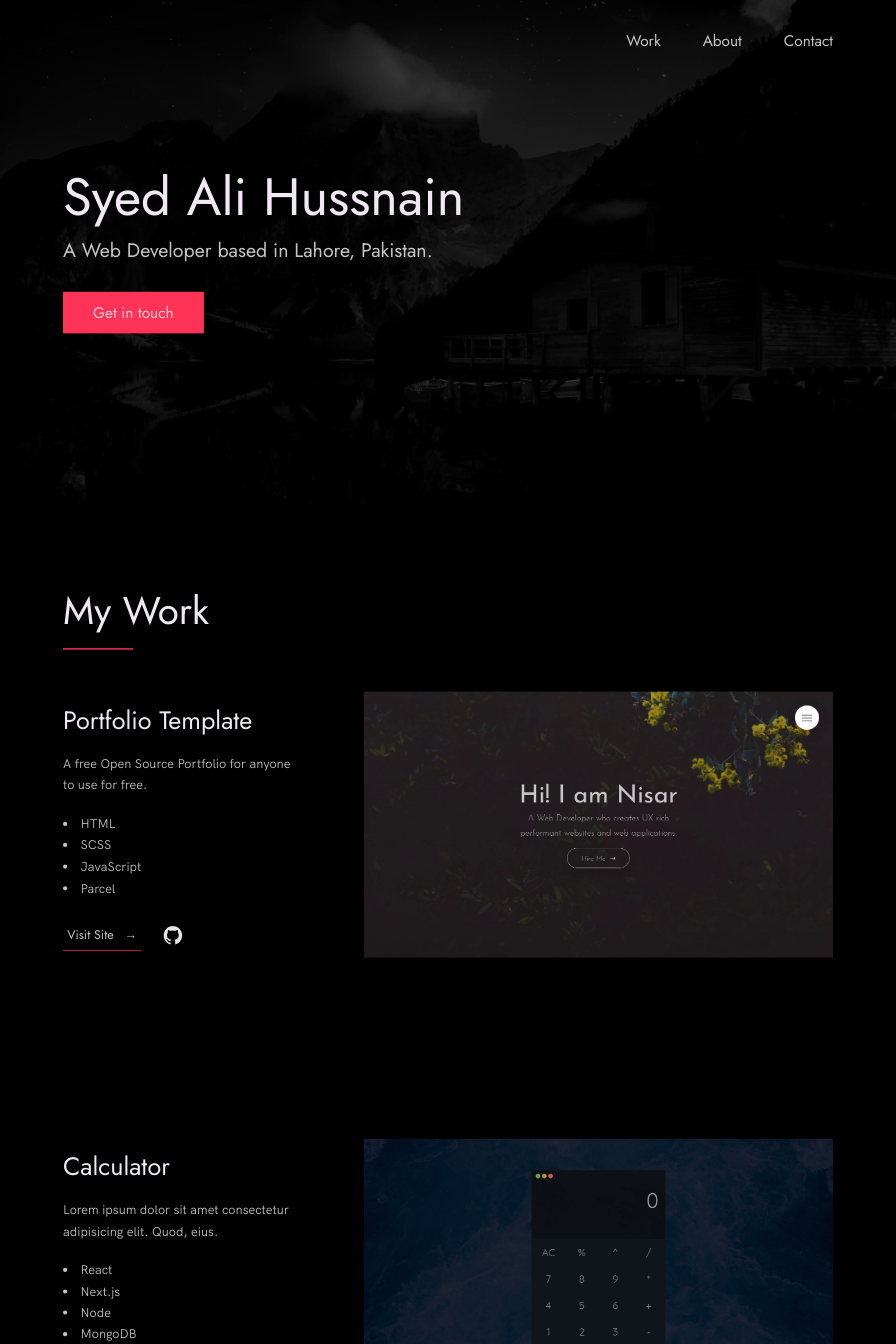
Repository: invadingdingo/portfolio
Page: index.html
The author's editor kept a copy of each file at every save. The page is drawn from the files as they stood at one save, then again after the next save.
The browser window is 1280 px wide. The pictures show the part of the page from y = 0 to 1920 px (the page is 4443 px tall), at 70% of full size.
Backgrounds fixed to the window are drawn as part of the page.

Above is the page before, as saved 2024-10-04 22:45:12.

### index.html
<!--
  Hello 😊.

  This template is designed and developed by Nisar Hassan Naqvi
  for anyone to use for free or customize the way they like.

  Github Repo: https://github.com/nisarhassan12/portfolio-template/
  My Website: https://nisar.dev

  For business & inquires, contact me => syednisarhassan12@gmail.com
-->

<!--
  Follow the instructions written in comments to create your stunning portfolio
-->

<!DOCTYPE html>
<html lang="en">

<head>
  <meta charset="UTF-8" />
  <meta name="viewport" content="width=device-width, initial-scale=1.0" />
  <link rel="shortcut icon" type="image/png" href="./images/favicon.png" />

  <!-- Put your site title here -->
  <title>
    Samuel Everett | Game Developer based in Biloxi, Mississippi.
  </title>

  <meta name="description" content="Add small description of yourslef.">
  <!-- Add some coding keywords below, Ex: (React, CSS etc) -->
  <meta name="keywords" content="Put your name, skills and some coding keywords" />
  <link rel="stylesheet" href="index.css" />
</head>

<body>

  <!-- ***** Header ***** -->

  <header class="header" role="banner" id="top">
    <div class="row">
      <nav class="nav" role="navigation">
        <ul class="nav__items">
          <li class="nav__item"><a href="#work" class="nav__link">Work</a></li>
          <!--<li class="nav__item"><a href="#clients" class="nav__link">Clients</a></li>**/-->
          <li class="nav__item">
            <a href="#about" class="nav__link">About</a>
          </li>
          <li class="nav__item">
            <a href="#contact" class="nav__link">Contact</a>
          </li>
        </ul>
      </nav>
    </div>
    <div class="header__text-box row">
      <div class="header__text">
        <h1 class="heading-primary">
          <!-- Replace the following name with your name -->
          <span>Syed Ali Hussnain</span>
        </h1>
        <!-- Put a small paragraph about yourself -->
        <p>A Web Developer based in Lahore, Pakistan.</p>
        <a href="#contact" class="btn btn--pink">Get in touch</a>
      </div>
    </div>
  </header>

  <main role="main">

    <!-- ***** Work ***** -->

    <section class="work" id="work">
      <div class="row">
        <h2>My Work</h2>
        <div class="work__boxes">

          <!-- Each div with the work__box class is a project. -->

          <div class="work__box">
            <div class="work__text">
              <h3>Portfolio Template</h3>
              <p>
                A free Open Source Portfolio for anyone to use for free.
              </p>
              <ul class="work__list">
                <li>HTML</li>
                <li>SCSS</li>
                <li>JavaScript</li>
                <li>Parcel</li>
              </ul>

              <div class="work__links">
                <a href="https://nisar.surge.sh" target="_blank" class="link__text">
                  Visit Site <span>&rarr;</span>
                </a>
                <a href="https://github.com/nisarhassan12/portfolio" title="View Source Code" target="_blank">
                  <img src="./images/github.svg" class="work__code" alt="GitHub">
                </a>
              </div>
            </div>
            <div class="work__image-box">
              <img src="./images/project-1.png" class="work__image" alt="Project 1" />
            </div>
          </div>

          <div class="work__box">
            <div class="work__text">
              <h3>Calculator</h3>
              <p>
                Lorem ipsum dolor sit amet consectetur adipisicing elit. Quod,
                eius.
              </p>
              <ul class="work__list">
                <li>React</li>
                <li>Next.js</li>
                <li>Node</li>
                <li>MongoDB</li>
              </ul>

              <div class="work__links">
                <a href="#" class="link__text">
                  Visit Site <span>&rarr;</span>
                </a>
                <a href="#">
                  <img src="./images/github.svg" class="work__code" title="View Source Code" alt="GitHub">
                </a>
              </div>
            </div>
            <div class="work__image-box">
              <img src="./images/project-2.png" class="work__image" alt="Project 1" />
            </div>
          </div>

          <div class="work__box">
            <div class="work__text">
              <h3>Notificator</h3>
              <p>
                Lorem ipsum dolor sit amet consectetur adipisicing elit. Quod,
                eius.
              </p>
              <ul class="work__list">
                <li>React</li>
                <li>Next.js</li>
                <li>Node</li>
                <li>MongoDB</li>
              </ul>

              <div class="work__links">
                <a href="#" class="link__text">
                  Visit Site <span>&rarr;</span>
                </a>
                <a href="#">
                  <img src="./images/github.svg" class="work__code" title="View Source Code" alt="GitHub">
                </a>
              </div>
            </div>
            <div class="work__image-box">
              <img src="./images/project-3.png" class="work__image" alt="Project 3" />
            </div>
          </div>
        </div>
      </div>
    </section>

    <!-- ***** Clients ***** -->
    <!--
    <section class="client" id="clients">
      <div class="row">
        <h2>Clients</h2>
        <div class="client__logos"> -->
          <!-- Add logos of the clients or companies you'have worked with. -->
         <!-- <img src="./images/ronjones.png" class="client__logo" alt="Company 2" />
          <img src="./images/goldengrid.png" class="client__logo" alt="Company 3" />
          <img src="./images/bullseye.png" class="client__logo" alt="Company 1" />
          <img src="./images/mighty-furnitures.png" class="client__logo" alt="Company 1" />
          <img src="./images/fastlane.png" class="client__logo" alt="Company 3" />
          <img src="./images/chippy.png" class="client__logo" alt="Company 1" />
        </div>
      </div>
    </section>
  -->
    <!-- ***** About ***** -->

    <section class="about" id="about">
      <div class="row">
        <h2>About Me</h2>
        <div class="about__content">
          <div class="about__text">
            <!-- Replace the below paragraph with info about yourself -->
            <p>
              Lorem ipsum dolor sit amet, consectetur adipisicing elit. Eos id
              nostrum illo harum blanditiis, tenetur eum suscipit cupiditate
              in vel, ex quam quidem quos mollitia labore aut sunt eius
              ratione molestiae fuga veniam facere similique voluptate.
            </p>
            <!-- Provide a link to your resume -->
            <a href="#" class="btn">My Resume</a>
          </div>

          <div class="about__photo-container">
            <!-- Add a nice photo of yourself -->
            <img class="about__photo" src="./images/syed-ali-hussnain.jpg" alt="" />
          </div>
        </div>
      </div>
    </section>
  </main>

  <!-- ***** Contact ***** -->

  <section class="contact" id="contact">
    <div class="row">
      <h2>Get in Touch</h2>
      <div class="contact__info">
        <p>
          Are you looking for a fast-performing and user-friendly website to
          represent your product or business? or looking for any kind of
          consultation? or want to ask questions? or have some advice for me
          or just want to say "Hi 👋" in any case feel free to Let me know. I
          will do my best to respond back. 😊 The quickest way to reach out to
          me is via an email.
        </p>
        <!-- Replace the email with yours -->
        <a href="mailto:you@example.com" class="btn">you@example.com</a>
      </div>
    </div>
  </section>

  <!-- ***** Footer ***** -->

  <footer role="contentinfo" class="footer">
    <div class="row">
      <!-- Update the links to point to your accounts -->
      <ul class="footer__social-links">
        <li class="footer__social-link-item">
          <a href="https://twitter.com/nisarhassan12/" title="Link to Twitter Profile">
            <img src="./images/twitter.svg" class="footer__social-image" alt="Twitter">
          </a>
        </li>
        <li class="footer__social-link-item">
          <a href="https://github.com/nisarhassan12/" title="Link to Github Profile">
            <img src="./images/github.svg" class="footer__social-image" alt="Github">
          </a>
        </li>
        <li class="footer__social-link-item">
          <a href="https://codepen.io/nisar_hassan" title="Link to Codepen Profile">
            <img src="./images/codepen.svg" class="footer__social-image" alt="Codepen">
          </a>
        </li>
        <li class="footer__social-link-item">
          <a href=https://www.linkedin.com/in/nisar-hassan-naqvi-413466199/">
            <img src="./images/linkedin.svg" title="Link to Linkedin Profile" class="footer__social-image" alt="Linkedin">
          </a>
        </li>
      </ul>

      <!-- If you give me some credit by keeping the below paragraph, will be huge for me 😊 Thanks. -->
      <p>
        &copy; 2020 - Template designed & developed by <a href="https://nisar.dev" class="link">Nisar</a>.
      </p>
      <div class="footer__github-buttons">
        <iframe
          src="https://ghbtns.com/github-btn.html?user=nisarhassan12&repo=portfolio-template&type=watch&count=true"
          frameborder="0" scrolling="0" width="170" height="20" title="Watch Portfolio Template on GitHub">
        </iframe>
      </div>
    </div>
  </footer>

  <a href="#top" class="back-to-top" title="Back to Top">
    <img src="./images/arrow-up.svg" alt="Back to Top" class="back-to-top__image"/>
  </a>
  <script src="./index.js"></script>
</body>

</html>

### index.css
/* --------------------------------------- */
/* ----- Basic Setup ----- */
/* --------------------------------------- */

@font-face {
    font-family: 'Hk Grotesk';
    font-style: normal;
    font-weight: 400;
    src: url('./fonts/HKGrotesk-Regular.woff') format('woff');
}

@font-face {
    font-family: 'Jost';
    font-style: normal;
    font-weight: 400;
    src: url('./fonts/Jost-Regular.ttf') format('woff');
}

* {
    margin: 0;
    padding: 0;
    box-sizing: inherit;
}

:root {
    --font-size-small: 1.8rem;
    --font-size-normal: 2.2rem;
    --font-size-medium: 2.8rem;
    --font-size-medium-1: 3.6rem;
    --font-size-large: 5.5rem;
    --font-size-huge: 7.5rem;
    --font-stack: 'Hk Grotesk', sans-serif;

    --line-height-normal: 1.7;
    --line-height-small: 1.2;

    --black: #000;
    --pink: #ff3258;
    --white: #f0e9f2;
    --white-1: #e5e5e6da;


    --container-max-width: 1180px;
    --container-normal-width: 800px;
    --container-medium-width: 700px;
    --container-small-width: 500px;

    --gutter-huge: 12rem;
    --gutter-medium: 6rem;
    --gutter-normal: 3rem;
    --gutter-small-1: 2.5rem;
    --gutter-small: 2rem;

    --border-light: 1px solid rgb(36, 35, 35);
}

html {
    font-size: 62.5%; /* (16/10)*100 = 62.5% => 1rem = 10px */
    box-sizing: border-box;
    scroll-behavior: smooth;
}

@media(max-width: 1000px) {
    html {
        font-size: 52%;
    }
}

body {
    font-size: var(--font-size-small);
    font-family: var(--font-stack);
    font-weight: 400;
    color: var(--white-1);
    line-height: var(--line-height-normal);
    background: var(--black);
    overflow-x: hidden;
}

.row {
    max-width: var(--container-max-width);
    margin: 0 auto;
}

@media(max-width: 1340px) {
    .row {
        max-width: 1100px;
    }
}

@media(max-width: 1240px) {
    .row {
        padding: 0 var(--gutter-medium);
    }
}

@media(max-width: 600px) {
    .row {
        padding: 0 var(--gutter-normal);
    }
}

@media(max-width: 600px) {
    .row {
        padding: 0 var(--gutter-small);
    }
}

section {
    padding: var(--gutter-huge) 0;
    border-bottom: var(--border-light);
}

img {
    object-fit: contain;
    max-width: 100%;
}

/* --------------------------------------- */
/* ----- Headlines and Paragraphs ----- */
/* --------------------------------------- */

h1,
h2,
h3 {
    font-family: 'Jost', sans-serif;
    font-weight: 400;
    line-height: var(--line-height-small);
    color: var(--white);
}

.heading-primary {
    line-height: 1;
    font-size: var(--font-size-huge);
    font-weight: 400;
}

@media(max-width: 900px) {
    .heading-primary {
        font-size: 6.5rem;
    }
}

h2 {
    font-size: var(--font-size-large);
    margin-bottom: var(--gutter-medium);
}

h2::after {
    content: '';
    display: block;
    height: 2px;
    width: 10rem;
    background: var(--pink);
    margin: var(--gutter-small) 0;
}

h3 {
    font-size: var(--font-size-medium-1);
    margin-bottom: var(--gutter-small);
}

@media(max-width: 500px) {
    .heading-primary {
        font-size: var(--font-size-large);
    }

    h2 {
        font-size: var(--font-size-medium-1);
    }

    h3 {
        font-size: var(--font-size-medium);
    }
}

p {
    margin: var(--gutter-small-1) 0;
}

@media(max-width: 900px) {
    p {
        max-width: var(--container-small-width);
    }
}

/* --------------------------------------- */
/* ----- Buttons and Links ----- */
/* --------------------------------------- */

a {
    color: var(--white);
    font-weight: 400;
    font-family: 'Jost', sans-serif;
    transition: all .2s;
    outline: 2px solid transparent;
}

::-moz-focus-inner {
    border: 0;
}

button:focus,
a:focus {
    outline: 2px solid var(--pink);
}

body:not(.user-is-tabbing) button:focus,
body:not(.user-is-tabbing) a:focus {
    outline: none;
}

.link:hover {
    color: var(--pink);
}

.btn {
    position: relative;
    display: inline-block;
    padding: 1rem 4.2rem;
    text-decoration: none;
    color: inherit;
    border: 1px solid  var(--pink);
    font-weight: 400;
}

.btn:focus {
    outline: none;
}

.btn::after {
    content: '';
    display: block;
    position: absolute;
    top: 0;
    left: 0;
    right: 100%;
    background: var(--white);
    height: 100%;
    z-index: -1;
    transition: all 0.2s cubic-bezier(1, 0.68, 0.16, 0.9);
}

.btn:hover::after,
.btn:focus::after {
    right: 0;
    background: var(--pink);
}

.btn--pink {
    background: var(--pink);
    transition: all 0.2s;
}

.btn--pink::after {
    display: none;
}

.btn--pink:hover,
.btn--pink:focus {
    background: transparent;
}

.link__text {
    position: relative;
    display: inline-block;
    padding: .6rem;
    color: inherit;
    text-decoration: none;
    border-bottom: 1px solid var(--pink);
}

.link__text::after {
    content: '';
    display: block;
    position: absolute;
    top: 0;
    left: 0;
    right: 100%;
    background: var(--white);
    height: 100%;
    z-index: -1;
    transition: all 0.2s cubic-bezier(1, 0.68, 0.16, 0.9);
}

.link__text:focus {
    outline: none;
}

.link__text:hover::after,
.link__text:focus:after {
    right: 0;
    background: var(--pink);
}

.link__text span {
    padding-left: 1rem;
    font-family: sans-serif;
}

/* ----- Back to Top ----- */

.back-to-top {
    position: fixed;
    bottom: 4rem;
    right: 4rem;
    display: flex;
    justify-content: center;
    align-items: center;
    height: 5.5rem;
    width: 5.5rem;
    background-color: var(--pink);
    border-radius: 50%;
    z-index: 10;
    visibility: hidden;
    transition: all .4s;
}

.back-to-top__image {
    height: 70%;
}

@media(max-width: 900px) {
    .back-to-top {
        right: 2rem;
    }
}

@media(max-width: 500px) {
    .back-to-top {
        right: 1rem;
    }
}

/* --------------------------------------- */
/* ----- Navigation ----- */
/* --------------------------------------- */

.nav {
    display: flex;
    justify-content: flex-end;
    padding: var(--gutter-normal) 0;
}

.nav__items {
    display: flex;
    list-style: none;
}

.nav__item:not(:last-child) {
    margin-right: var(--gutter-medium);
}

@media(max-width: 500px) {
    .nav {
        justify-content: center;
    }
}

@media(max-width: 400px) {
    .nav__item:not(:last-child) {
        margin-right: var(--gutter-normal);
    }
}

@media(max-width: 300px) {
    .nav {
        font-size: var(--font-size-small);
    }
}

.nav__link {
    position: relative;
    display: inline-block;
    padding: 1rem 0;
    text-decoration: none;
    color: inherit;
    transition: all .2s;
}

.nav__link::after {
    content: '';
    position: absolute;
    bottom: 0;
    left: 0;
    right: 100%;
    display: inline-block;
    height: 1rem;
    background: var(--white);
    transition: all 0.25s cubic-bezier(1, 0.68, 0.16, 0.9);
}

.nav__link:hover {
    color: var(--pink);
}

.nav__link:hover::after {
    right: 0;
    height: 2px;
    background: var(--pink);
}

/* --------------------------------------- */
/* ----- Header ----- */
/* --------------------------------------- */

.header {
    background: linear-gradient(rgba(0,0,0, .1), rgba(0,0,0, .4)),
        url('./images/header.jpg');
    height: 100vh;
    background-size: cover;
    background-position: center;
    background-attachment: fixed;
    font-size: var(--font-size-normal);
}

.header__text {
    position: absolute;
    top: 50%;
    transform: translateY(-50%);
}

.header__text p {
    margin: 1.5rem 0 3.5rem;
    max-width: var(--container-medium-width);
    font-family: 'Jost', sans-serif;
    font-size: var(--font-size-medium);
}

@media(max-width: 500px) {
    .header {
        text-align: center;
    }

    .header__text p {
        transform: scale(.8);
    }
}

/* --------------------------------------- */
/* ----- Work ----- */
/* --------------------------------------- */

.work__box {
    display: flex;
    align-items: center;
}

@media(max-width: 900px) {
    .work__box {
        align-items: initial;
        flex-direction: column-reverse;
    }
}

.work__box:not(:last-child) {
    margin-bottom: 25rem;
}

@media(max-width: 500px) {
    .work__box:not(:last-child) {
        margin-bottom: 20rem;
    }
}

.work__links {
    display: flex;
    align-items: center;
}

.work__text {
    flex: 0 0 30%;
}

.work__list {
    /* list-style-type: square; */
    list-style-position: inside;
    margin-bottom: var(--gutter-normal);
}

.work__code {
    display: block;
    height: 3rem;
    margin-left: var(--gutter-normal);
    transition: all .3s;
}

.work__code:hover {
    transform: scale(1.2);
}

.work__image-box {
    margin-bottom: var(--gutter-normal);
}

@media(min-width: 901px) {
    .work__image-box {
        flex: 1;
        margin: 0 0 0 10rem;
    }
}

@media(max-width: 900px) {
    .work__code {
        height: 4rem;
    }
}

/* --------------------------------------- */
/* ----- Clients ----- */
/* --------------------------------------- */

.client__logos {
    display: flex;
    justify-content: space-between;
    filter: invert(100%) grayscale(100%) opacity(.8);
}

.client__logo {
    height: 6.5rem;
    max-width: 18rem;
}

@media(max-width: 1240px) {
    .client__logos {
        overflow-x: scroll;
        padding: var(--gutter-normal);
    }

    .client__logo:not(:last-of-type) {
        margin-right: var(--gutter-medium);
    }
}

/* --------------------------------------- */
/* ----- About ----- */
/* --------------------------------------- */

.about__content {
    display: flex;
    flex-direction: row-reverse;
    align-items: center;
}

@media(max-width: 900px) {
    .about__content {
        flex-direction: column-reverse;
        align-items: initial;
    }
}

.about__photo-container {
    margin-bottom: var(--gutter-normal);
}

@media(min-width: 901px) {
    .about__text {
        flex: 0 0 35%;
    }

    .about__photo-container {
        flex: 1;
        margin: 0 var(--gutter-huge) 0 0;
    }
}

/* --------------------------------------- */
/* ----- Contact ----- */
/* --------------------------------------- */

.contact__info {
    max-width: var(--container-medium-width);
}

/* --------------------------------------- */
/* ----- Footer ----- */
/* --------------------------------------- */

.footer {
    text-align: center;
    padding: var(--gutter-medium) 0 var(--gutter-normal);
}

.footer__social-links {
    display: flex;
    justify-content: center;
    padding: var(--gutter-normal) 0;
    list-style: none;
}

.footer__social-link-item:not(:last-of-type) {
    margin-right: var(--gutter-small);
}

.footer__social-image {
    height: 4rem;
}

.footer__github-buttons {
    display: flex;
    justify-content: center;
}

.footer__github-buttons iframe {
    height: 2.5rem;
    width: 84px;
    transform: translateY(3px);
}

@media(max-width: 500px) {
    .footer {
        padding: var(--gutter-medium) 0;
    }
}

### index.js
/* -----------------------------------------
  Have focus outline only for keyboard users
 ---------------------------------------- */

const handleFirstTab = (e) => {
  if(e.key === 'Tab') {
    document.body.classList.add('user-is-tabbing')

    window.removeEventListener('keydown', handleFirstTab)
    window.addEventListener('mousedown', handleMouseDownOnce)
  }

}

const handleMouseDownOnce = () => {
  document.body.classList.remove('user-is-tabbing')

  window.removeEventListener('mousedown', handleMouseDownOnce)
  window.addEventListener('keydown', handleFirstTab)
}

window.addEventListener('keydown', handleFirstTab)

const backToTopButton = document.querySelector(".back-to-top");
let isBackToTopRendered = false;

let alterStyles = (isBackToTopRendered) => {
  backToTopButton.style.visibility = isBackToTopRendered ? "visible" : "hidden";
  backToTopButton.style.opacity = isBackToTopRendered ? 1 : 0;
  backToTopButton.style.transform = isBackToTopRendered
    ? "scale(1)"
    : "scale(0)";
};

window.addEventListener("scroll", () => {
  if (window.scrollY > 700) {
    isBackToTopRendered = true;
    alterStyles(isBackToTopRendered);
  } else {
    isBackToTopRendered = false;
    alterStyles(isBackToTopRendered);
  }
});

After the next save:
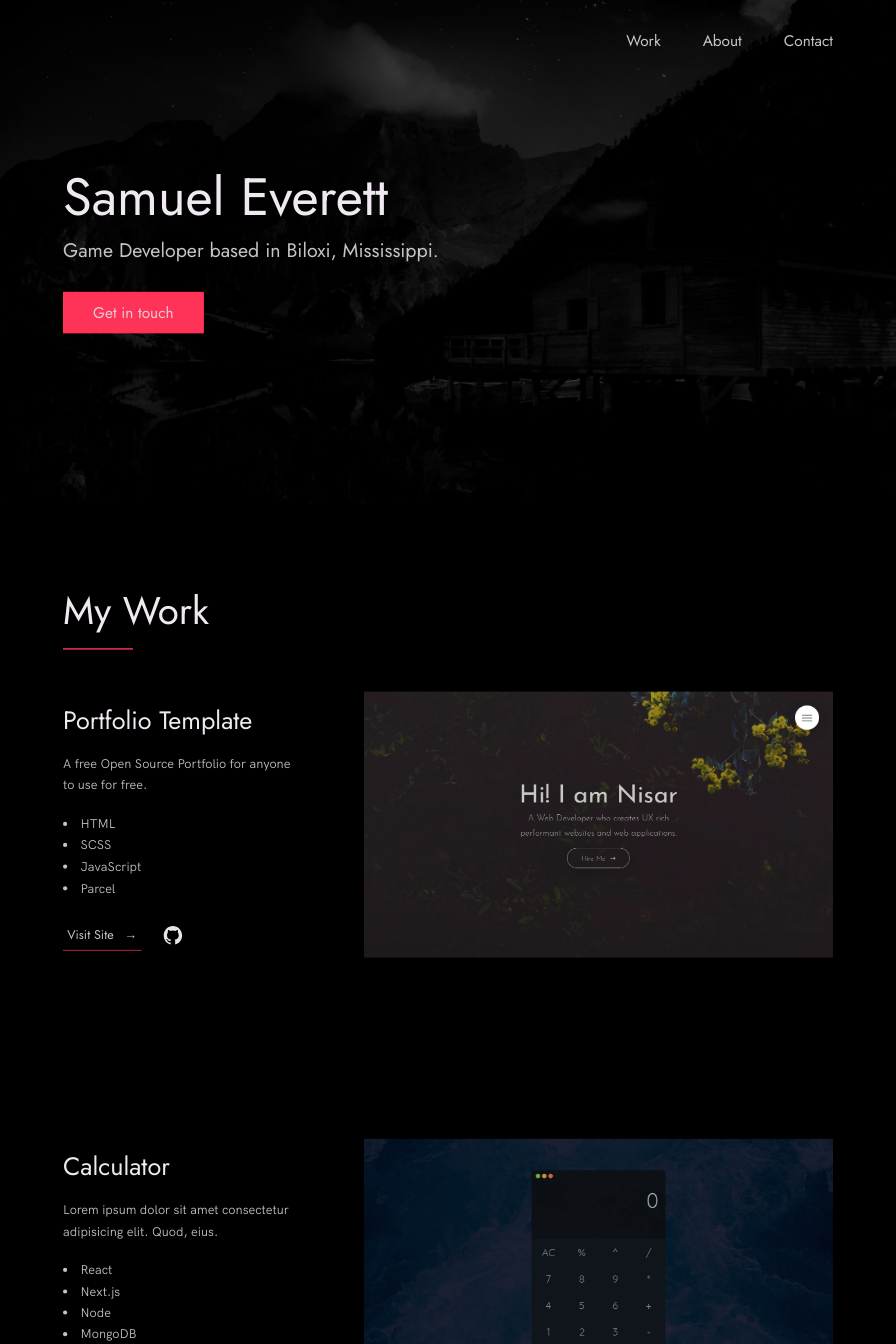
Saved 16 min 45 s later.
--- a/index.html
+++ b/index.html
@@ -56,10 +56,10 @@
       <div class="header__text">
         <h1 class="heading-primary">
           <!-- Replace the following name with your name -->
-          <span>Syed Ali Hussnain</span>
+          <span>Samuel Everett</span>
         </h1>
         <!-- Put a small paragraph about yourself -->
-        <p>A Web Developer based in Lahore, Pakistan.</p>
+        <p>Game Developer based in Biloxi, Mississippi.</p>
         <a href="#contact" class="btn btn--pink">Get in touch</a>
       </div>
     </div>
